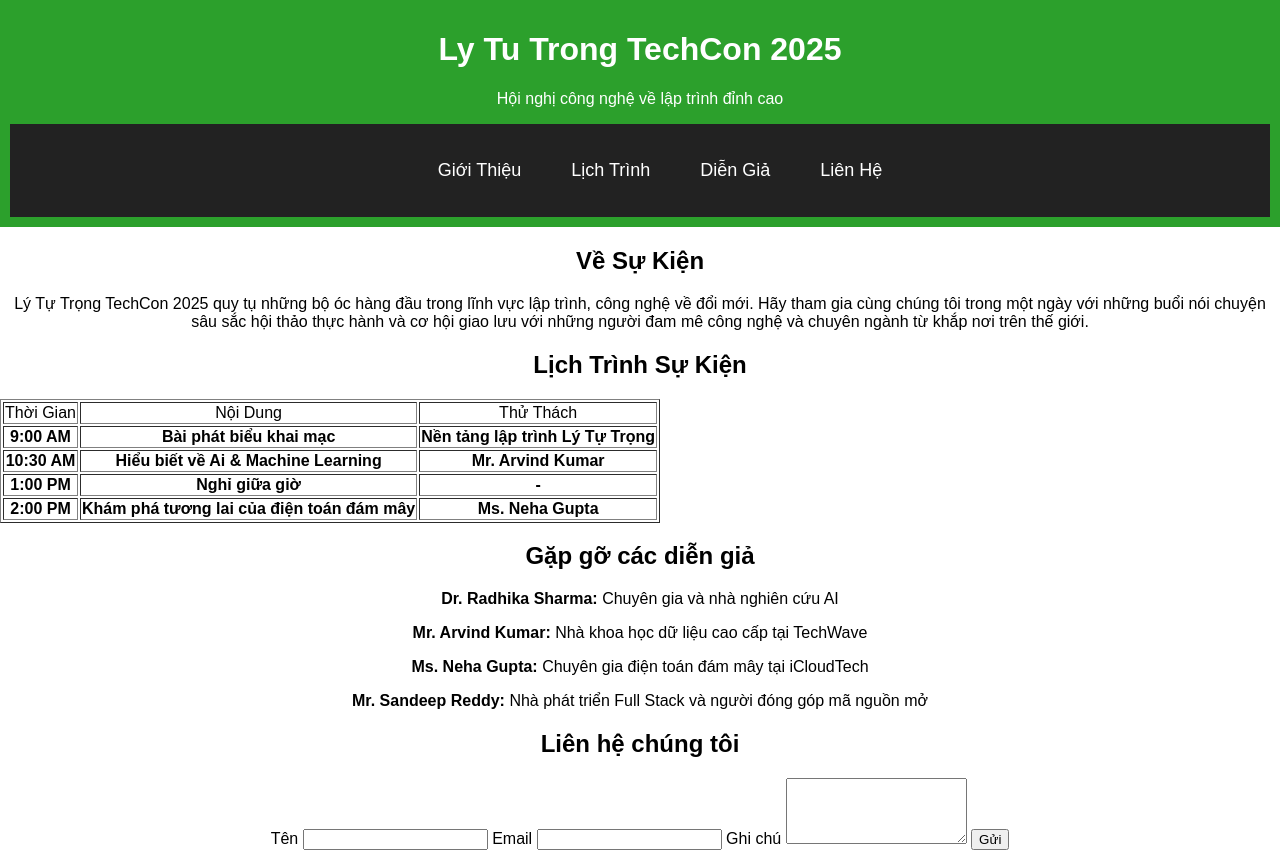
Repository: NhatMinh121/BaiTapVeNha1
Page: index.html
The author's editor kept a copy of each file at every save. The page is drawn from the files as they stood at one save, then again after a run of saves.
The browser window is 1280 px wide. The pictures show the whole page.

Above is the page before, as saved 2025-03-28 22:52:10.

### index.html
<!DOCTYPE html>
<html lang="en">

<head>
    <meta charset="UTF-8">
    <meta name="viewport" content="width=device-width, initial-scale=1.0">
    <title>Lý Tự Trọng TechCon 2025</title>
    <link rel="stylesheet" href="style.css">
</head>

<body>
    <header>
        <h1>Ly Tu Trong TechCon 2025</h1>
        <p>Hội nghị công nghệ về lập trình đỉnh cao</p>
        <div class="menu">
            <nav>
                <ul>
                    <li>Giới Thiệu</li>
                    <li>Lịch Trình</li>
                    <li>Diễn Giả</li>
                    <li>Liên Hệ</li>
                </ul>
            </nav>
        </div>

    </header>
    <main>
        <div class="main-event">
            <h2>Về Sự Kiện</h2>
            <p>Lý Tự Trọng TechCon 2025 quy tụ những bộ óc hàng đầu trong lĩnh vực lập trình, công nghệ về đổi mới. Hãy tham gia cùng chúng tôi trong một ngày với những buổi nói chuyện sâu sắc hội thảo thực hành và cơ hội giao lưu với những người đam mê
                công nghệ và chuyên ngành từ khắp nơi trên thế giới.</p>
        </div>
        <div class="main-schedule">
            <h2>Lịch Trình Sự Kiện</h2>
            <table border="1">
                <tr>
                    <td>Thời Gian</td>
                    <td>Nội Dung</td>
                    <td>Thử Thách</td>
                </tr>
                <tr>
                    <th>9:00 AM</th>
                    <th>Bài phát biểu khai mạc</th>
                    <th>Nền tảng lập trình Lý Tự Trọng</th>
                </tr>
                <tr>
                    <th>10:30 AM</th>
                    <th>Hiểu biết về Ai & Machine Learning</th>
                    <th>Mr. Arvind Kumar</th>
                </tr>
                <tr>
                    <th>1:00 PM</th>
                    <th>Nghỉ giữa giờ</th>
                    <th>-</th>
                </tr>
                <tr>
                    <th>2:00 PM</th>
                    <th>Khám phá tương lai của điện toán đám mây</th>
                    <th>Ms. Neha Gupta</th>
                </tr>
            </table>
        </div>
        <div class="Meeting">
            <h2>Gặp gỡ các diễn giả</h2>
            <p><strong>Dr. Radhika Sharma:</strong> Chuyên gia và nhà nghiên cứu AI</p>
            <p><strong>Mr. Arvind Kumar:</strong> Nhà khoa học dữ liệu cao cấp tại TechWave</p>
            <p><strong>Ms. Neha Gupta:</strong> Chuyên gia điện toán đám mây tại iCloudTech</p>
            <p><strong>Mr. Sandeep Reddy:</strong> Nhà phát triển Full Stack và người đóng góp mã nguồn mở</p>
        </div>
    </main>

    <footer>
        <div class="footer-contract">
            <h2>Liên hệ chúng tôi</h2>
            <form action="#" method="post">
                <label for="name">Tên</label>
                <input type="text" id="name" name="name" required>
                <label for="email">Email</label>
                <input type="email" id="email" name="email" required>
                <label for="message">Ghi chú</label>
                <textarea id="message" name="message" rows="4" required></textarea>
                <button type="submit" value="Gửi">Gửi</button>
            </form>
        </div>

    </footer>

</body>

### style.css
body {
    margin: 0;
    padding: 0;
    box-sizing: border-box;
    font-family: Arial, sans-serif;
    text-align: center;
}

header {
    background-color: #2ca02c;
    color: white;
    padding: 10px;
    text-align: center;
}

.menu {
    background-color: #222;
    padding: 10px;
}

.menu ul {
    list-style: none;
    display: flex;
    justify-content: center;
    gap: 20px;
}

.menu ul li {
    color: white;
    font-size: 18px;
    cursor: pointer;
    padding: 10px 15px;
    transition: background 0.3s;
}

.menu ul li:hover {
    background-color: #444;
    border-radius: 5px;
}

After the next 2 saves:
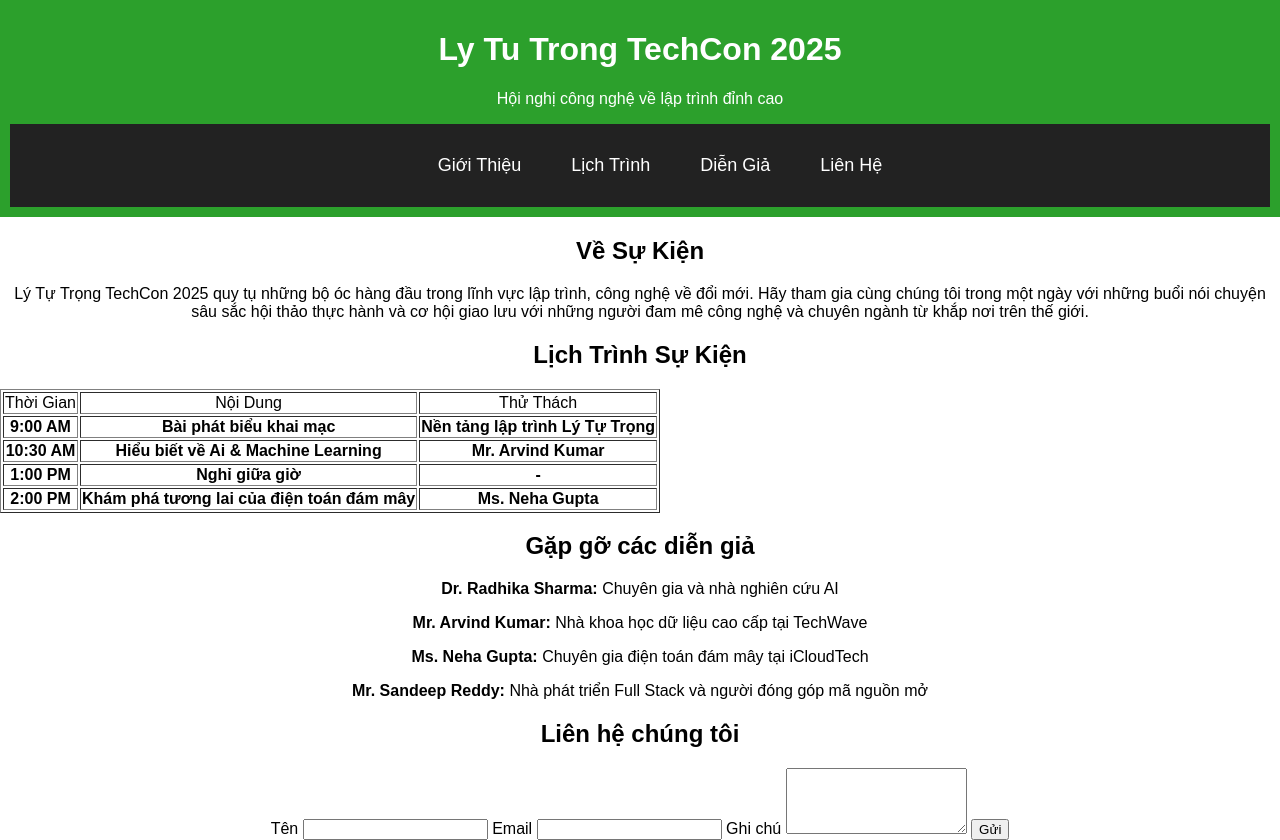
The 2 saves are shown as one change because they came seconds apart.
The last was saved 7 s later.
--- a/style.css
+++ b/style.css
@@ -15,7 +15,7 @@ header {
 
 .menu {
     background-color: #222;
-    padding: 10px;
+    padding: 5px 0;
 }
 
 .menu ul {
